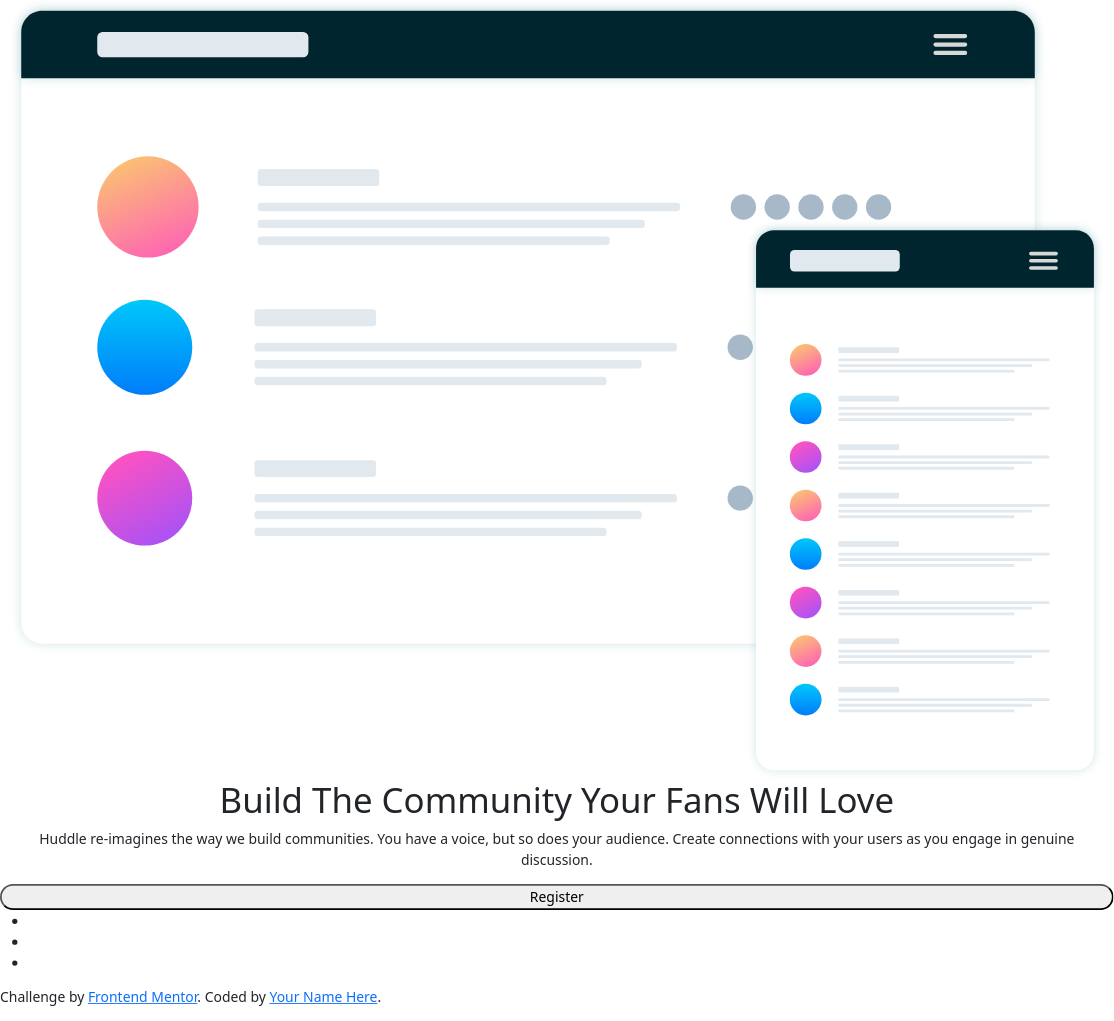
Repository: blordeus/huddle-landing-page-with-single-introductory-section-master
Page: index.html
An editor plug-in stored every save of this project. The page is shown before and after a run of saves, followed by the edit.
The browser window is 1280 px wide. The pictures show the whole page, at 87% of full size.

Above is the page before, as saved 2023-08-31 19:20:21.

After the next 5 saves:
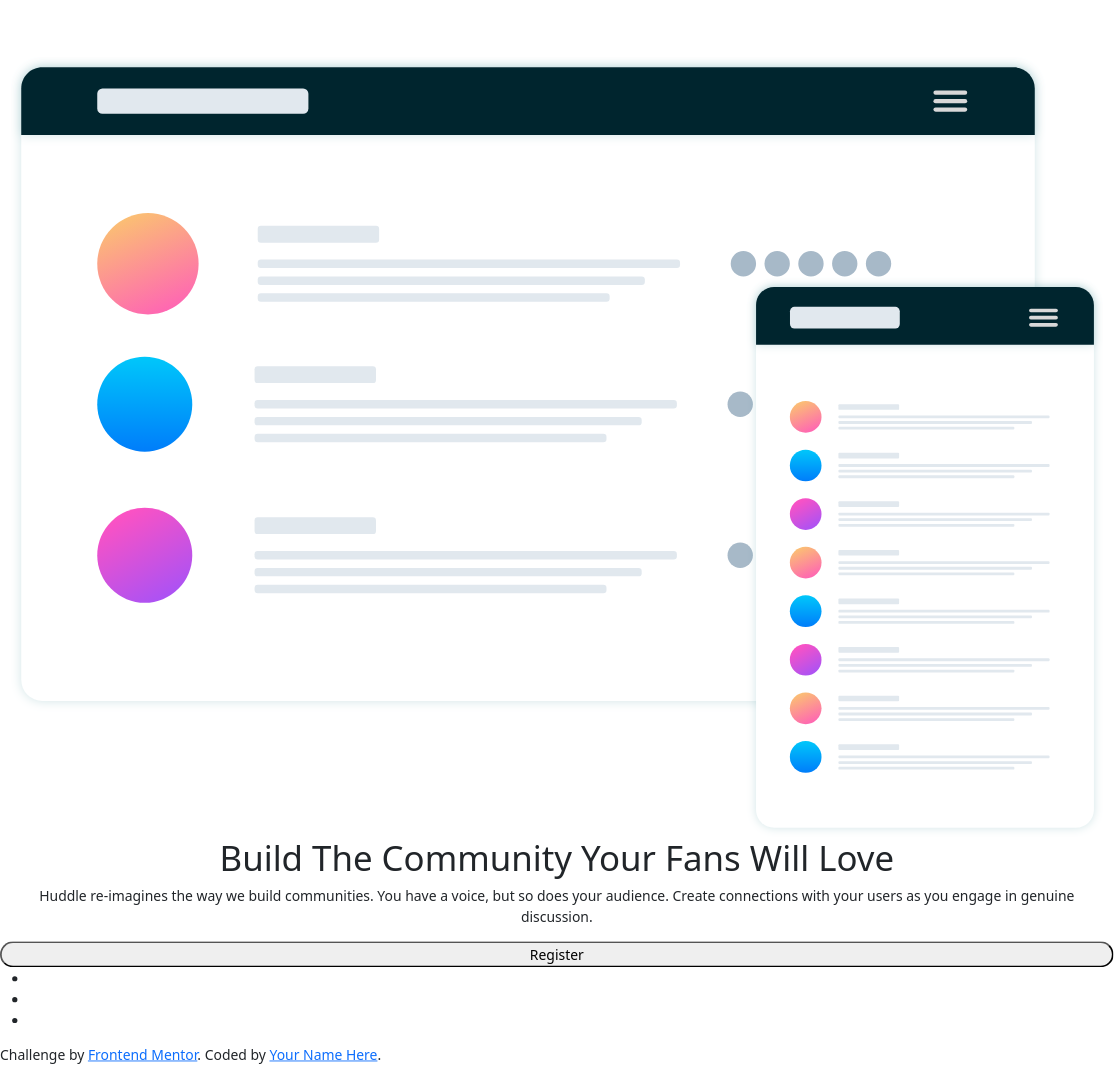
The 5 saves are shown as one change because they came seconds apart.
The last was saved 21 s later.
--- a/index.html
+++ b/index.html
@@ -13,6 +13,10 @@
 
 </head>
 <body>
+
+  <header>
+    <img src="./images/logo.svg" alt="">
+  </header>
 
   <section class="container-fluid text-center">
     <div class="row">
